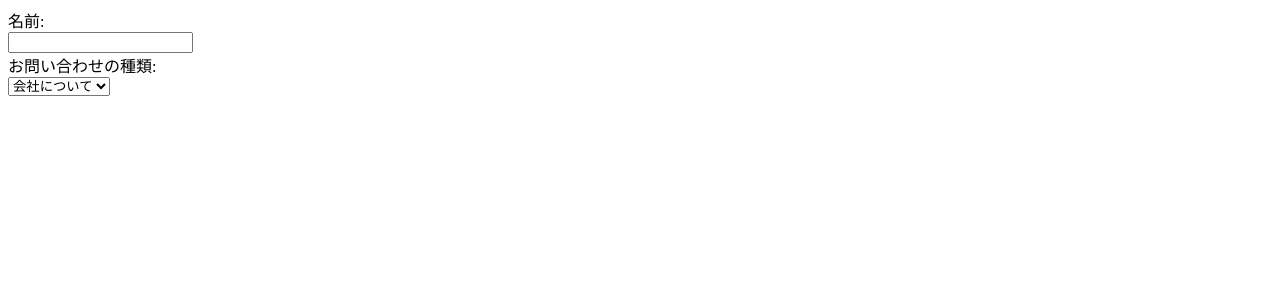
Repository: hmori696/test
Page: http://localhost/HelloServlet/inquiry.jsp
The author's editor kept a copy of each file at every save. The page is drawn from the files as they stood at one save, then again after the next save.
The browser window is 1280 px wide. The pictures show the whole page.
The page is served by Tomcat 9. Other server files are loaded and not shown.

Above is the page before, as saved 2019-08-28 11:33:21.

### HelloServlet/WebContent/inquiry.jsp
<%@ page language="java" contentType="text/html; charset=UTF-8"
    pageEncoding="UTF-8"%>
<!DOCTYPE html>
<html>
<head>
<meta charset="UTF-8">
<title>お問い合わせフォーム</title>
</head>
<body>
    <form method="post"action="InquiryServlet">
       名前:<br> <input type="text"name="name"><br>
       お問い合わせの種類:<br> <select name="qtype">
            <option value="company">会社について</option>








       </select>












    </form>








</body>
</html>

After the next save:
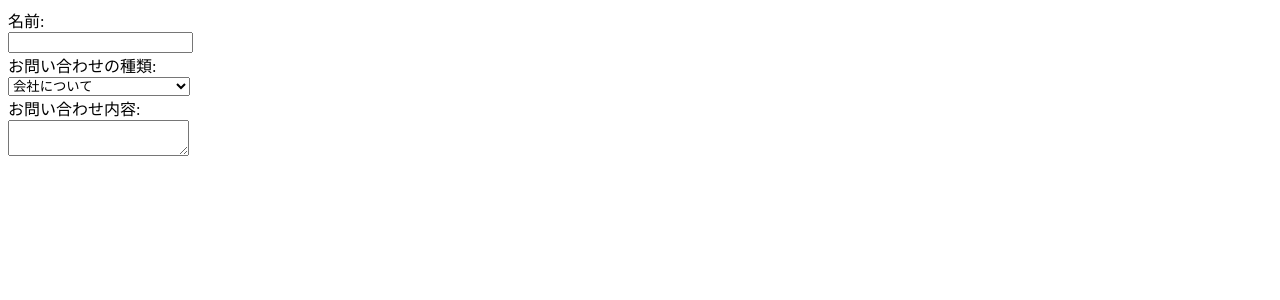
Saved 2 min 14 s later.
--- a/HelloServlet/WebContent/inquiry.jsp
+++ b/HelloServlet/WebContent/inquiry.jsp
@@ -11,9 +11,13 @@
        名前:<br> <input type="text"name="name"><br>
        お問い合わせの種類:<br> <select name="qtype">
             <option value="company">会社について</option>
+            <option value="product">製品について</option>
+            <option value="support">アフターサポートについて</option>
 
+     </select> <br> お問い合わせ内容:<br>
+     <textarea name="body">
 
-
+    </textarea>
 
 
 
